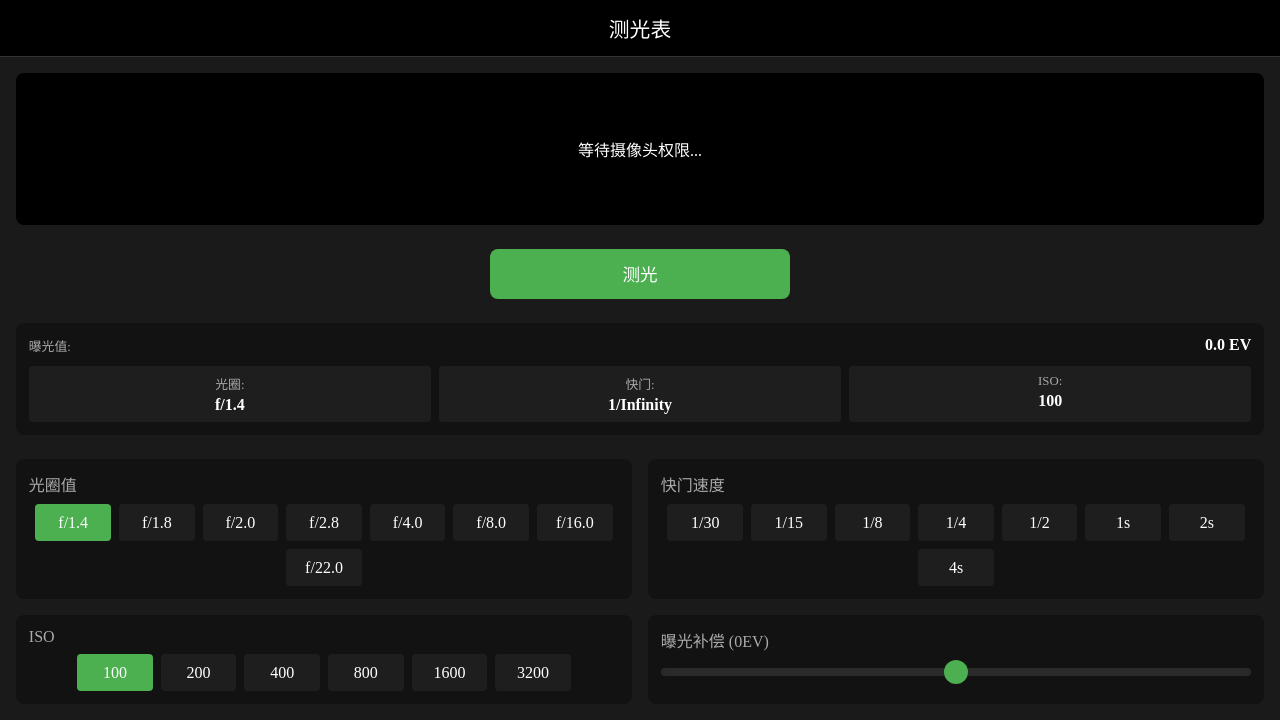
Repository: Gaays/light-meter
Page: /
These files come from the project's save history. The page is drawn as it stood at one moment and after the next save; the edit follows.
The browser window is 1280 px wide. The pictures show the whole page.
The page's requests for data from a server got no answer. An inner scrolling area shows only its first screen. The project was rebuilt for these pictures with package versions that can differ from the ones it lists, and the page was loaded fresh each time. No one was signed in, and anything a server would have sent is missing. Also part of the build but not shown: vite.config.ts.

Above is the page before, as saved 2025-03-06 08:51:45.

### index.html
<!DOCTYPE html>
<html lang="zh-CN">
  <head>
    <meta charset="UTF-8">
    <link rel="icon" href="/favicon.ico">
    <meta name="viewport" content="width=device-width, initial-scale=1.0, maximum-scale=1.0, user-scalable=no">
    <meta name="apple-mobile-web-app-capable" content="yes">
    <meta name="apple-mobile-web-app-status-bar-style" content="black-translucent">
    <meta name="theme-color" content="#000000">
    <title>测光表 - Light Meter</title>
  </head>
  <body>
    <div id="app"></div>
    <script type="module" src="/src/main.ts"></script>
  </body>
</html>

### src/App.vue
<script setup lang="ts"></script>

<template>
  <RouterView />
</template>

<style scoped>
*,
body,
#app {
  margin: 0;
  padding: 0;
  box-sizing: border-box;
}
</style>

### src/router/index.ts
import { createRouter, createWebHistory } from 'vue-router'

const router = createRouter({
  history: createWebHistory(import.meta.env.BASE_URL),
  routes: [
    {
      path: '/',
      name: 'light-meter',
      component: () => import('../views/LightMeterView.vue')
    }
  ],
})

export default router

### src/views/LightMeterView.vue
<script setup lang="ts">
import { ref, onMounted, onUnmounted, computed, watch } from 'vue'

// 状态管理
const video = ref<HTMLVideoElement | null>(null)
const stream = ref<MediaStream | null>(null)
const isStreaming = ref(false)
const iso = ref(100)
const exposureCompensation = ref(0)
const aperture = ref(1.4)
const shutterSpeed = ref(0)
const isLoading = ref(false)
const errorMessage = ref('')
const hasCameraPermission = ref(true)
const isMeasuring = ref(false)

// 常用光圈值
const apertureValues = [1.4, 1.8, 2.0, 2.8, 4, 8, 16, 22]

// 计算当前EV值
const currentEV = computed(() => {
  if (shutterSpeed.value === 0) return 0
  const apertureEV = Math.log2(Math.pow(aperture.value, 2))
  const speedEV = Math.log2(1 / shutterSpeed.value)
  const isoEV = Math.log2(Number(iso.value) / 100)
  return apertureEV + speedEV - isoEV - exposureCompensation.value
})

// 监听光圈值变化，更新快门速度
watch(aperture, (newAperture) => {
  if (shutterSpeed.value === 0) return
  const ev = currentEV.value
  const isoFactor = Number(iso.value) / 100
  const newSpeed =
    1 /
    (Math.pow(2, ev + Math.log2(Math.pow(newAperture, 2)) + exposureCompensation.value) * isoFactor)
  shutterSpeed.value = Math.max(1 / 8000, Math.min(30, newSpeed))
})

// 监听快门速度变化，更新光圈值
watch(shutterSpeed, (newSpeed) => {
  if (newSpeed === 0) return
  const ev = currentEV.value
  const isoFactor = Number(iso.value) / 100
  const newAperture = Math.sqrt(
    Math.pow(2, ev + Math.log2(1 / newSpeed) + exposureCompensation.value) * isoFactor,
  )
  const closestAperture = apertureValues.reduce((prev, curr) =>
    Math.abs(curr - newAperture) < Math.abs(prev - newAperture) ? curr : prev,
  )
  if (aperture.value !== closestAperture) {
    aperture.value = closestAperture
  }
})

// 监听ISO变化，更新快门速度
watch(iso, () => {
  if (shutterSpeed.value > 0) {
    analyzeBrightness()
  }
})

// 监听曝光补偿变化，更新快门速度
watch(exposureCompensation, () => {
  if (shutterSpeed.value > 0) {
    analyzeBrightness()
  }
})

// 检测设备类型
const isMobileDevice = computed(() => {
  return /Android|webOS|iPhone|iPad|iPod|BlackBerry|IEMobile|Opera Mini/i.test(navigator.userAgent)
})

// 启动摄像头
async function startCamera() {
  try {
    isLoading.value = true
    errorMessage.value = ''

    // 检查是否支持mediaDevices API
    if (!navigator.mediaDevices || !navigator.mediaDevices.getUserMedia) {
      throw new Error('您的浏览器不支持访问摄像头')
    }

    // 移动设备优先使用后置摄像头
    const constraints = {
      video: {
        facingMode: isMobileDevice.value ? 'environment' : 'user',
        width: { ideal: 1280 },
        height: { ideal: 720 },
        // 尝试获取更好的曝光控制
        advanced: [{ exposureMode: 'manual' }],
      },
    }

    stream.value = await navigator.mediaDevices.getUserMedia(constraints)

    if (video.value) {
      video.value.srcObject = stream.value
      video.value.onloadedmetadata = () => {
        video.value.play().then(() => {
          isStreaming.value = true
          isLoading.value = false
          // 自动进行一次测光
          setTimeout(() => analyzeBrightness(), 1000)
        }).catch(err => {
          console.error('Error playing video:', err)
          isLoading.value = false
          errorMessage.value = '视频播放失败，请刷新页面重试'
        })
      }
    }
  } catch (error) {
    console.error('Error accessing camera:', error)
    isLoading.value = false
    hasCameraPermission.value = false
    errorMessage.value = error instanceof Error ? error.message : '无法访问摄像头，请检查权限设置'
  }
}

// 停止摄像头
function stopCamera() {
  if (stream.value) {
    stream.value.getTracks().forEach((track) => track.stop())
    stream.value = null
    isStreaming.value = false
  }
}

// 切换摄像头（如果设备有多个摄像头）
async function switchCamera() {
  if (stream.value) {
    // 停止当前摄像头
    stopCamera()

    try {
      // 获取所有视频输入设备
      const devices = await navigator.mediaDevices.enumerateDevices()
      const videoDevices = devices.filter((device) => device.kind === 'videoinput')

      if (videoDevices.length > 1) {
        // 如果有多个摄像头，尝试切换
        const currentTrack = stream.value?.getVideoTracks()[0]
        const currentDeviceId = currentTrack?.getSettings().deviceId

        // 找到不同于当前使用的摄像头
        const newDevice = videoDevices.find((device) => device.deviceId !== currentDeviceId)

        if (newDevice) {
          stream.value = await navigator.mediaDevices.getUserMedia({
            video: { deviceId: { exact: newDevice.deviceId } },
          })

          if (video.value) {
            video.value.srcObject = stream.value
            isStreaming.value = true
          }
        }
      }
    } catch (error) {
      console.error('Error switching camera:', error)
      // 如果切换失败，尝试重新启动默认摄像头
      startCamera()
    }
  }
}

// 计算可用的快门速度列表
function calculateShutterSpeeds() {
  const baseEv = Math.log2((aperture.value * aperture.value) / (Number(iso.value) / 100))
  // 将曝光值范围从10减少到与光圈值数量相匹配
  const evRange = Math.floor(apertureValues.length / 2)
  const speeds = []

  for (let i = -evRange; i <= evRange; i++) {
    const speed = 1 / Math.pow(2, baseEv + i)
    if (speed >= 1 / 8000 && speed <= 30) {
      if (speed < 1) {
        // 对于小于1秒的速度，将分母向上取整到最接近的标准快门速度
        const denominator = Math.ceil(1 / speed)
        const standardDenominators = [8000, 4000, 2000, 1000, 500, 250, 125, 60, 30, 15, 8, 4, 2]
        const closestDenominator = standardDenominators.reduce((prev, curr) =>
          Math.abs(curr - denominator) < Math.abs(prev - denominator) ? curr : prev,
        )
        speeds.push(1 / closestDenominator)
      } else {
        speeds.push(Math.round(speed))
      }
    }
  }

  // 确保返回的快门速度数量与光圈值数量相同
  const sortedSpeeds = speeds.sort((a, b) => a - b)
  if (sortedSpeeds.length > apertureValues.length) {
    return sortedSpeeds.slice(0, apertureValues.length)
  }
  return sortedSpeeds
}

// 分析亮度并计算曝光参数
function analyzeBrightness() {
  if (!video.value || !isStreaming.value) return

  isMeasuring.value = true

  const canvas = document.createElement('canvas')
  const context = canvas.getContext('2d')
  if (!context) return

  canvas.width = video.value.videoWidth
  canvas.height = video.value.videoHeight
  context.drawImage(video.value, 0, 0)

  const imageData = context.getImageData(0, 0, canvas.width, canvas.height)
  const data = imageData.data

  let totalBrightness = 0
  let pixelCount = 0

  for (let i = 0; i < data.length; i += 4) {
    // 使用相对亮度公式: 0.2126R + 0.7152G + 0.0722B
    const pixelBrightness = data[i] * 0.2126 + data[i + 1] * 0.7152 + data[i + 2] * 0.0722
    if (!isNaN(pixelBrightness)) {
      totalBrightness += pixelBrightness
      pixelCount++
    }
  }

  // 确保有有效的亮度值
  if (pixelCount === 0) {
    isMeasuring.value = false
    return
  }

  const avgBrightness = totalBrightness / pixelCount
  const normalizedBrightness = Math.max(1, Math.min(255, avgBrightness))

  const ev = Math.log2(normalizedBrightness / 127.5)
  const evWithComp = ev + Number(exposureCompensation.value)

  // 根据当前光圈值计算对应的快门速度
  const calculatedSpeed =
    1 / ((Math.pow(aperture.value, 2) / (Number(iso.value) / 100)) * Math.pow(2, evWithComp))
  const limitedSpeed = Math.max(1 / 8000, Math.min(30, calculatedSpeed))

  // 对于小于1秒的速度，将分母向上取整到最接近的标准快门速度
  if (limitedSpeed < 1) {
    const denominator = Math.ceil(1 / limitedSpeed)
    const standardDenominators = [8000, 4000, 2000, 1000, 500, 250, 125, 60, 30, 15, 8, 4, 2]
    const closestDenominator = standardDenominators.reduce((prev, curr) =>
      Math.abs(curr - denominator) < Math.abs(prev - denominator) ? curr : prev,
    )
    shutterSpeed.value = 1 / closestDenominator
  } else {
    shutterSpeed.value = Math.round(limitedSpeed)
  }

  isMeasuring.value = false
}

onMounted(() => {
  startCamera()

  // 添加设备方向变化监听，以便在旋转设备时调整UI
  window.addEventListener('orientationchange', () => {
    // 给UI一些时间来调整
    setTimeout(() => {
      if (shutterSpeed.value > 0) {
        analyzeBrightness()
      }
    }, 300)
  })
})

onUnmounted(() => {
  stopCamera()
  window.removeEventListener('orientationchange', () => {})
})
</script>

<template>
  <div class="light-meter">
    <div class="header">
      <h1>测光表</h1>
    </div>

    <div class="main-content">
      <div class="preview">
        <video ref="video" autoplay playsinline :class="{ active: isStreaming }"></video>
        <div v-if="!isStreaming" class="no-camera">等待摄像头权限...</div>
      </div>

      <button class="measure-button" @click="analyzeBrightness">测光</button>

      <div class="exposure-info">
        <div class="exposure-value">
          <span class="label">曝光值:</span>
          <span class="value">{{ currentEV.toFixed(1) }} EV</span>
        </div>
        <div class="exposure-params">
          <div class="param">
            <span class="label">光圈:</span>
            <span class="value">f/{{ aperture.toFixed(1) }}</span>
          </div>
          <div class="param">
            <span class="label">快门:</span>
            <span class="value">{{
              shutterSpeed >= 1
                ? `${Math.round(shutterSpeed)}s`
                : `1/${Math.round(1 / shutterSpeed)}`
            }}</span>
          </div>
          <div class="param">
            <span class="label">ISO:</span>
            <span class="value">{{ iso }}</span>
          </div>
        </div>
      </div>

      <div class="controls">
        <div class="control-section">
          <h2>光圈值</h2>
          <div class="aperture-selector">
            <div
              v-for="value in apertureValues"
              :key="value"
              class="selector-item"
              :class="{ active: aperture === value }"
              @click="aperture = value"
            >
              f/{{ value.toFixed(1) }}
            </div>
          </div>
        </div>

        <div class="control-section">
          <h2>快门速度</h2>
          <div class="shutter-selector">
            <div
              v-for="speed in calculateShutterSpeeds()"
              :key="speed"
              class="selector-item"
              :class="{ active: Math.abs(shutterSpeed - speed) < 0.001 }"
              @click="shutterSpeed = speed"
            >
              {{ speed >= 1 ? `${Math.round(speed)}s` : `1/${Math.round(1 / speed)}` }}
            </div>
          </div>
        </div>

        <div class="control-section">
          <h2>ISO</h2>
          <div class="iso-selector">
            <div
              v-for="value in [100, 200, 400, 800, 1600, 3200]"
              :key="value"
              class="selector-item"
              :class="{ active: Number(iso) === value }"
              @click="iso = value"
            >
              {{ value }}
            </div>
          </div>
        </div>

        <div class="control-section">
          <h2>曝光补偿 ({{ exposureCompensation }}EV)</h2>
          <input
            type="range"
            v-model="exposureCompensation"
            min="-3"
            max="3"
            step="0.3"
            class="exposure-slider"
          />
        </div>
      </div>
    </div>
  </div>
</template>

<style scoped>
.light-meter {
  display: flex;
  flex-direction: column;
  height: 100vh;
  width: 100%;
  background: #1a1a1a;
  color: #fff;
  overflow-x: hidden;
  position: fixed;
  top: 0;
  left: 0;
  right: 0;
  bottom: 0;
}

.header {
  background: #000;
  padding: 0.8rem;
  text-align: center;
  border-bottom: 1px solid #333;
  position: sticky;
  top: 0;
  z-index: 10;
}

.header h1 {
  margin: 0;
  font-size: 1.3rem;
  font-weight: normal;
}

.main-content {
  display: flex;
  flex-direction: column;
  flex: 1;
  overflow-y: auto;
  padding: 0.5rem;
  gap: 1rem;
}

.preview {
  width: 100%;
  height: 300px;
  background: #000;
  border-radius: 8px;
  overflow: hidden;
  position: relative;
  margin-bottom: 0.5rem;
}

video {
  width: 100%;
  height: 100%;
  object-fit: cover;
  opacity: 0.8; /* 修改初始透明度，确保视频可见 */
  transition: opacity 0.3s;
}

video.active {
  opacity: 1;
}

.no-camera {
  position: absolute;
  top: 50%;
  left: 50%;
  transform: translate(-50%, -50%);
  color: #fff;
  text-align: center;
  width: 80%;
}

.measure-button {
  padding: 0.8rem 1.5rem;
  font-size: 1.1rem;
  background: #4caf50;
  color: white;
  border: none;
  border-radius: 8px;
  cursor: pointer;
  transition: background-color 0.3s;
  width: 80%;
  max-width: 300px;
  margin: 0 auto;
  display: block;
  -webkit-tap-highlight-color: transparent;
  touch-action: manipulation;
}

.measure-button:active {
  background: #45a049;
  transform: scale(0.98);
}

.exposure-info {
  background: rgba(0, 0, 0, 0.3);
  border-radius: 8px;
  padding: 0.8rem;
  margin: 0.5rem 0;
}

.exposure-value {
  display: flex;
  justify-content: space-between;
  margin-bottom: 0.5rem;
  font-size: 1.2rem;
}

.exposure-params {
  display: flex;
  flex-wrap: wrap;
  gap: 0.5rem;
}

.param {
  flex: 1;
  min-width: 80px;
  background: rgba(255, 255, 255, 0.05);
  padding: 0.5rem;
  border-radius: 4px;
  text-align: center;
}

.label {
  color: #aaa;
  font-size: 0.8rem;
  display: block;
  margin-bottom: 0.2rem;
}

.value {
  font-size: 1rem;
  font-weight: bold;
}

.controls {
  display: flex;
  flex-direction: column;
  gap: 1rem;
}

.control-section {
  background: rgba(0, 0, 0, 0.3);
  border-radius: 8px;
  padding: 0.8rem;
}

.control-section h2 {
  margin: 0 0 0.5rem 0;
  font-size: 1rem;
  font-weight: normal;
  color: #aaa;
}

.aperture-selector,
.shutter-selector,
.iso-selector {
  display: flex;
  flex-wrap: wrap;
  gap: 0.5rem;
  justify-content: center;
}

.selector-item {
  padding: 0.6rem 0.8rem;
  background: rgba(255, 255, 255, 0.05);
  border-radius: 4px;
  cursor: pointer;
  transition: all 0.2s;
  min-width: 50px;
  text-align: center;
  -webkit-tap-highlight-color: transparent;
  touch-action: manipulation;
}

.selector-item.active {
  background: #4caf50;
  color: white;
}

.selector-item:active {
  transform: scale(0.95);
}

.exposure-slider {
  width: 100%;
  margin: 0.5rem 0;
  -webkit-appearance: none;
  height: 8px;
  background: rgba(255, 255, 255, 0.1);
  border-radius: 4px;
  outline: none;
}

.exposure-slider::-webkit-slider-thumb {
  -webkit-appearance: none;
  appearance: none;
  width: 24px;
  height: 24px;
  border-radius: 50%;
  background: #4caf50;
  cursor: pointer;
}

.exposure-slider::-moz-range-thumb {
  width: 24px;
  height: 24px;
  border-radius: 50%;
  background: #4caf50;
  cursor: pointer;
  border: none;
}

/* 媒体查询，针对不同尺寸的设备进行优化 */
@media (max-width: 480px) {
  .header h1 {
    font-size: 1.2rem;
  }

  .measure-button {
    padding: 0.7rem 1.2rem;
    font-size: 1rem;
  }

  .selector-item {
    padding: 0.5rem 0.6rem;
    min-width: 40px;
    font-size: 0.9rem;
  }

  .param {
    min-width: 70px;
  }
}

@media (min-width: 768px) {
  .main-content {
    padding: 1rem;
  }

  .controls {
    display: grid;
    grid-template-columns: repeat(2, 1fr);
  }
}
</style>

Loaded but not shown: src/main.ts (common file)

After the next save:
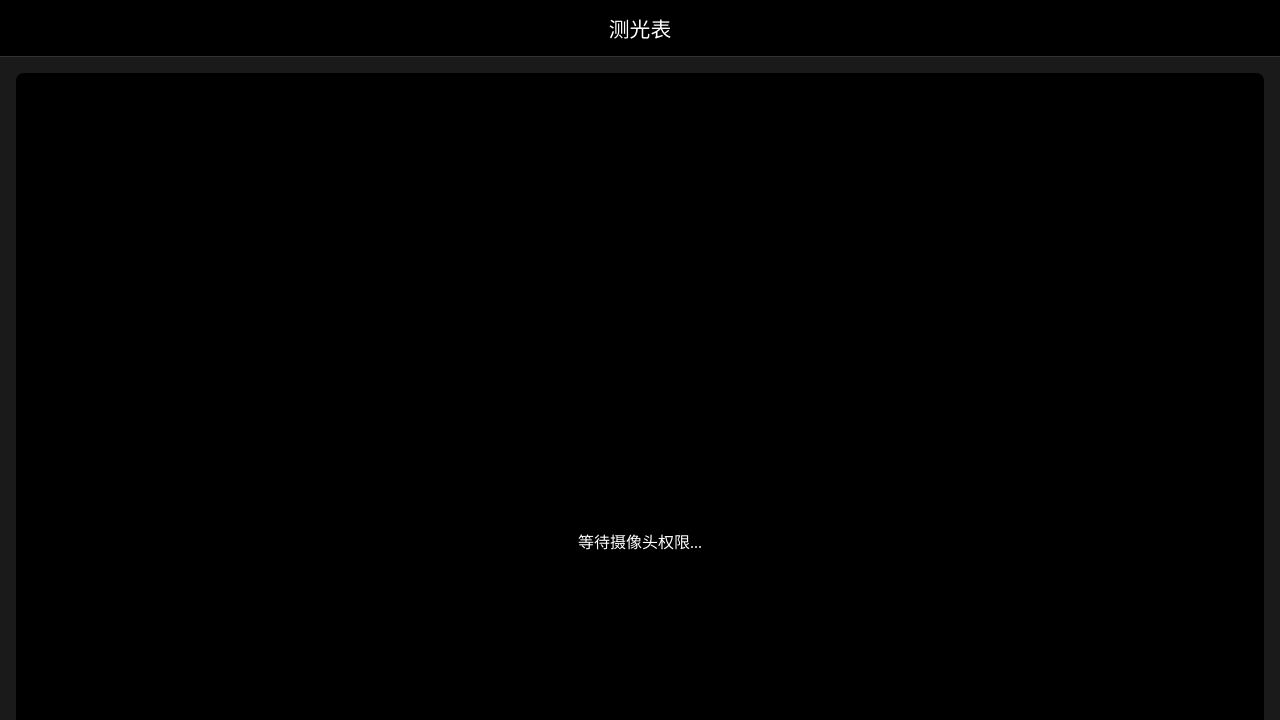
Saved 33 s later.
--- a/src/views/LightMeterView.vue
+++ b/src/views/LightMeterView.vue
@@ -423,10 +423,9 @@ onUnmounted(() => {
 
 .preview {
   width: 100%;
-  height: 300px;
+  aspect-ratio: 4/3;
   background: #000;
   border-radius: 8px;
-  overflow: hidden;
   position: relative;
   margin-bottom: 0.5rem;
 }
